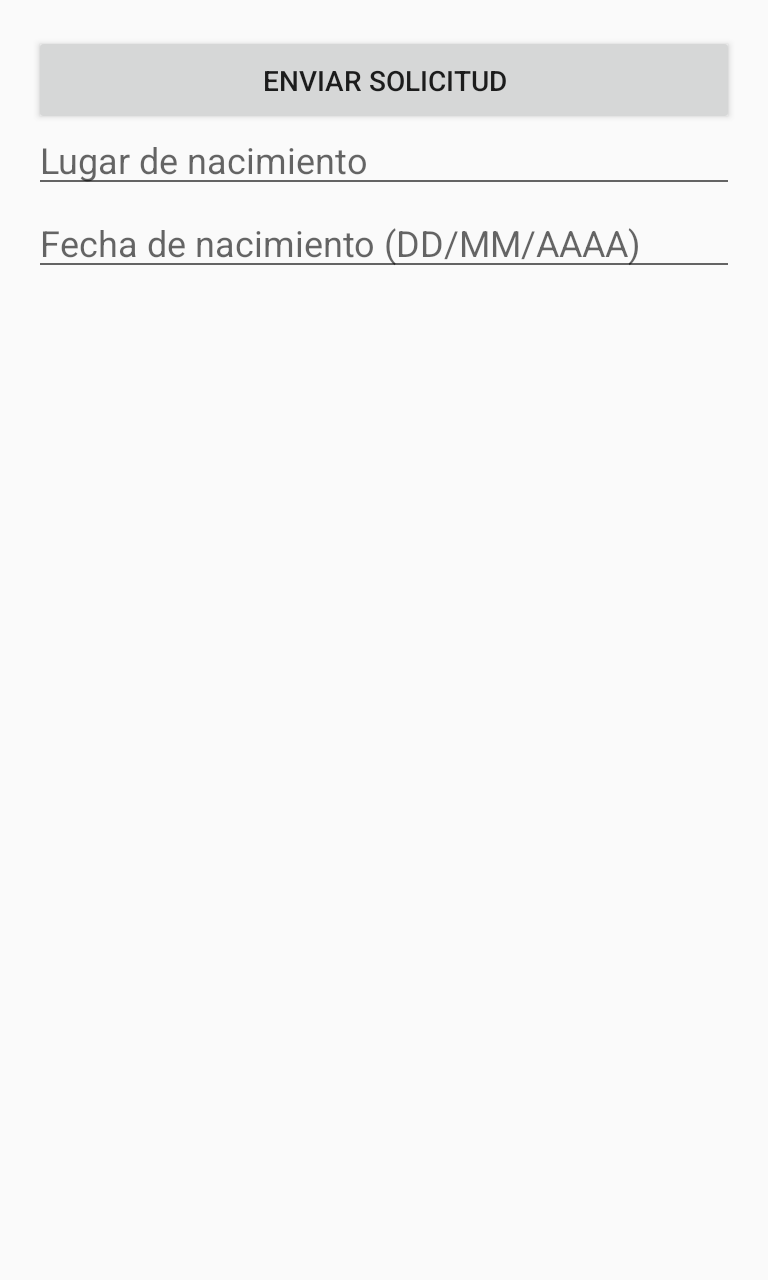
Repository: juanpablobono/Sysacadalumnos
Layout: Sysacad/res/layout/activity_tramite_titulo_profesional.xml
An editor plug-in stored every save of this project. The layout is shown before and after the next save, followed by the edit.
It is drawn on a 768 x 1280 px phone screen (xhdpi) without system bars, with theme temaSysacad; the app's code is not run.

Above is the layout before, as saved 2014-07-03 20:05:49.

### Sysacad/res/layout/activity_tramite_titulo_profesional.xml
<RelativeLayout xmlns:android="http://schemas.android.com/apk/res/android"
    xmlns:tools="http://schemas.android.com/tools"
    android:layout_width="match_parent"
    android:layout_height="match_parent"
    android:paddingBottom="@dimen/activity_vertical_margin"
    android:paddingLeft="@dimen/activity_horizontal_margin"
    android:paddingRight="@dimen/activity_horizontal_margin"
    android:paddingTop="@dimen/activity_vertical_margin"
    tools:context=".TramiteTituloProfesional" >
    <ScrollView
               android:id="@+id/scrollView1"
               android:layout_width="fill_parent"
               android:layout_height="fill_parent"
               android:layout_alignParentTop="true" >

        <RelativeLayout
            android:layout_width="fill_parent"
            android:layout_height="fill_parent" >

            <EditText
                android:id="@+id/textTituloSolicitado"
                android:layout_width="fill_parent"
                android:layout_height="wrap_content"
                android:layout_below="@+id/textEspecialidad"
                android:ems="10"
                android:imeOptions="actionNext"
                android:hint="@string/tituloSolicitado" >
                <requestFocus />
            </EditText>

            <EditText
                android:id="@+id/textLugarNacimiento"
                android:layout_width="fill_parent"
                android:layout_height="wrap_content"
                android:layout_below="@+id/textTituloSolicitado"
                android:ems="10"
                android:imeOptions="actionNext"
                android:inputType="date"
                android:hint="@string/lugarNacimiento" />

            <EditText
                android:id="@+id/textFechaNacimiento"
                android:layout_width="fill_parent"
                android:layout_height="wrap_content"
                android:layout_below="@+id/textLugarNacimiento"
                android:ems="10"
                android:imeOptions="actionNext"
                android:inputType="date"
                android:hint="@string/fechaNacimiento" />

           <Button
                android:id="@+id/buttonEnviar"
                android:layout_width="fill_parent"
                android:layout_height="wrap_content"
                android:layout_below="@+id/textEmail"
                android:text="@string/enviarSolicitud" />

         </RelativeLayout>


           </ScrollView>

</RelativeLayout>

### Sysacad/res/values/styles.xml
<resources xmlns:android="http://schemas.android.com/apk/res/android">

    <!--
        Base application theme, dependent on API level. This theme is replaced
        by AppBaseTheme from res/values-vXX/styles.xml on newer devices.

         <item name="android:background">@color/background_activities</item>
    -->

    <!-- the theme applied to the application or activity -->

    <style name="temaSysacad" parent="@style/Theme.AppCompat.Light.DarkActionBar">

    </style>

</resources>

### Sysacad/res/values/dimens.xml
<resources>

    <!-- Default screen margins, per the Android Design guidelines. -->
    <dimen name="activity_horizontal_margin">16dp</dimen>
    <dimen name="activity_vertical_margin">16dp</dimen>
    <dimen name="activity_small_padding">4dp</dimen>
    <dimen name="textView_version">25dp</dimen>
    <dimen name="tamanio_texto_descripcion">12dip</dimen>
    <dimen name="tamanio_texto_titulo">14dip</dimen>

</resources>

### Sysacad/res/values/strings.xml
<?xml version="1.0" encoding="utf-8"?>
<resources>

    <string name="app_name">SYSACAD</string>
    <string name="action_settings">Settings</string>

    <string name="title_activity_login">Identificación</string>
    <string name="title_activity_notificaciones">Notificaciones</string>
    <string name="title_activity_datos_personales">Datos personales</string>
    <string name="title_activity_calendario">Calendario</string>
    <string name="title_activity_consultas">Consultas</string>
    <string name="title_activity_informacion_extra">Información extra</string>
    <string name="title_activity_tramites">Trámites</string>
    <string name="title_activity_solicitar_certificados">Solicitar certificados</string>
    <string name="title_activity_notas_parciales">Notas de parciales</string>
    <string name="title_activity_inscripcion_examen">Inscripción a examen</string>
    <string name="title_activity_inscripcion_cursado">Inscripción a cursado</string>
    <string name="title_activity_actividades_tramites">Trámites</string>
    <string name="title_activity_actividades_tramites_titulo">Título profesional</string>
    <string name="title_activity_tramite_cambio_especialidad">Cambio de especialidad</string>
    <string name="title_activity_tramite_pase_facultad">Pase a otra facultad</string>
    <string name="title_activity_tramite_titulo_profesional">Título profesional</string>
    <string name="title_activity_configuracion">Configuración</string>
    <string name="title_activity_solicitar_certificado">Solicitar certificados</string>
    <string name="title_activity_tramite_mesa_examen">Mesa especial de examen</string>

    <string name="nombre">Nombre</string>
    <string name="apellido">Apellido</string>
    <string name="dni">DNI</string>
    <string name="contrasenia">Contraseña</string>
    <string name="legajo">Legajo</string>
    <string name="especialidad">Especialidad</string>
    <string name="plan">Plan</string>
    <string name="asignatura">Asignatura/s</string>
    <string name="telefono">Teléfono</string>
    <string name="email">E-mail</string>

    <string name="observaciones">Observaciones</string>
    <string name="enviarSolicitud">Enviar solicitud</string>
    <string name="tituloSolicitado">Título solicitado</string>
    <string name="lugarNacimiento">Lugar de nacimiento</string>
    <string name="fechaNacimiento">Fecha de nacimiento (DD/MM/AAAA)</string>
    <string name="domicilio">Domicilio</string>
    <string name="especialidadDestino">Especialidad destino</string>
    <string name="facultadDestino">Facultad destino</string>
    <string name="razonesPase">Razones del pase</string>
    <string name="curso">Curso</string>
    <string name="entidad">Ante quien se presenta</string>
    <string name="enviar">Enviar</string>
    <string name="guardar">Guardar</string>
    <string name="sincronizar">Sincronizar</string>
    <string name="ingresar">Ingresar</string>
    <string name="aceptar">Aceptar</string>
    <string name="cursado">Inicio y fin de cuatrimestres</string>
    <string name="cursadoPrimero">Inicio y fin de cuatrimestres (Primer año)</string>
    <string name="feriados">Feriados</string>
    <string name="recesos">Recesos</string>
    <string name="finales">Exámenes finales</string>
	<string name="primer_nivel">1º Nivel</string>
	<string name="segundo_nivel">2º Nivel</string>
	<string name="tercer_nivel">3º Nivel</string>
	<string name="cuarto_nivel">4º Nivel</string>
	<string name="quinto_nivel">5º Nivel</string>
	<string name="sexto_nivel">6º Nivel</string>
	<string name="cancelar">Cancelar</string>

	<string name="datos_personales">Datos personales</string>
	<string name="notificaciones">Notificaciones</string>
	<string name="version">Versión 1.0</string>
	<string name="ingresando">Ingresando...</string>

	<string name="cargando">Cargando notificaciones...</string>
</resources>

After the next save:
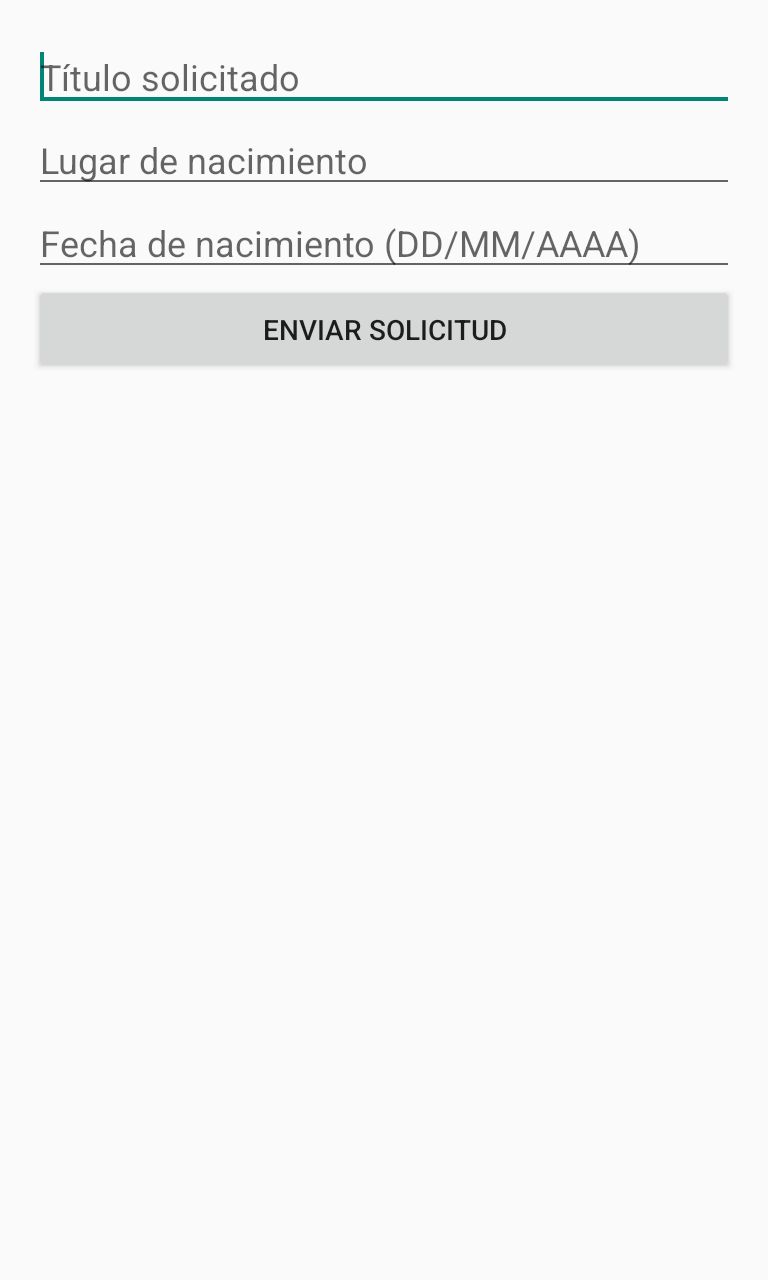
Saved 32 s later.
--- a/Sysacad/res/layout/activity_tramite_titulo_profesional.xml
+++ b/Sysacad/res/layout/activity_tramite_titulo_profesional.xml
@@ -21,7 +21,7 @@
                 android:id="@+id/textTituloSolicitado"
                 android:layout_width="fill_parent"
                 android:layout_height="wrap_content"
-                android:layout_below="@+id/textEspecialidad"
+                android:layout_alignParentTop="true"
                 android:ems="10"
                 android:imeOptions="actionNext"
                 android:hint="@string/tituloSolicitado" >
@@ -52,7 +52,7 @@
                 android:id="@+id/buttonEnviar"
                 android:layout_width="fill_parent"
                 android:layout_height="wrap_content"
-                android:layout_below="@+id/textEmail"
+                android:layout_below="@+id/textFechaNacimiento"
                 android:text="@string/enviarSolicitud" />
 
          </RelativeLayout>
